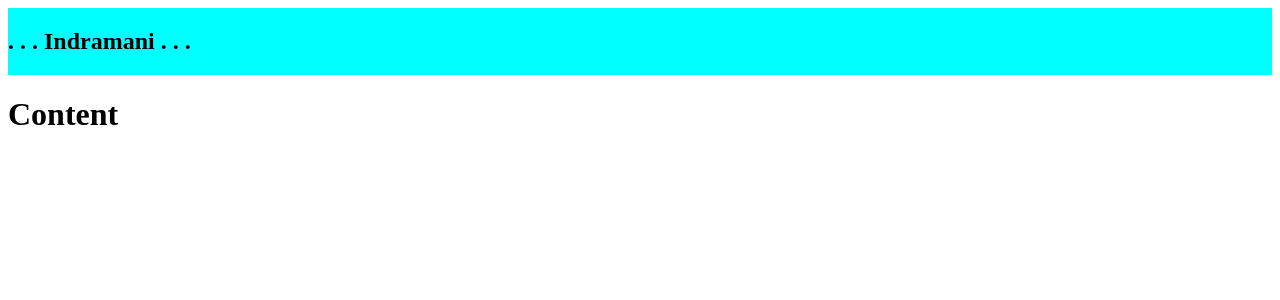
Repository: indramani7271/Indramani-First
Page: /
An editor plug-in stored every save of this project. The page is shown before and after the next save, followed by the edit.
The browser window is 1280 px wide. The pictures show the whole page.
The project was rebuilt for these pictures with package versions that can differ from the ones it lists, and the page was loaded fresh each time. Also part of the build but not shown: vite.config.js, src/index.css.

Above is the page before, as saved 2024-12-02 17:13:30.

### src/App.jsx
import Navbar from "./Component/Navbar";

function App() {


  return (
    <div>

<Navbar />

      <h1>Content</h1>
    </div>
  )


}


export default App;

### src/Component/Navbar.jsx
function Navbar() {
    return(
        <div style={{display:"flex" , backgroundColor:"aqua"}}>

<div>
<h2>. . . Indramani . . .</h2>
</div>

<div>

</div>

        </div>
    )

}

export default Navbar

Loaded but not shown: index.html (common file); src/main.jsx (common file)

After the next save:
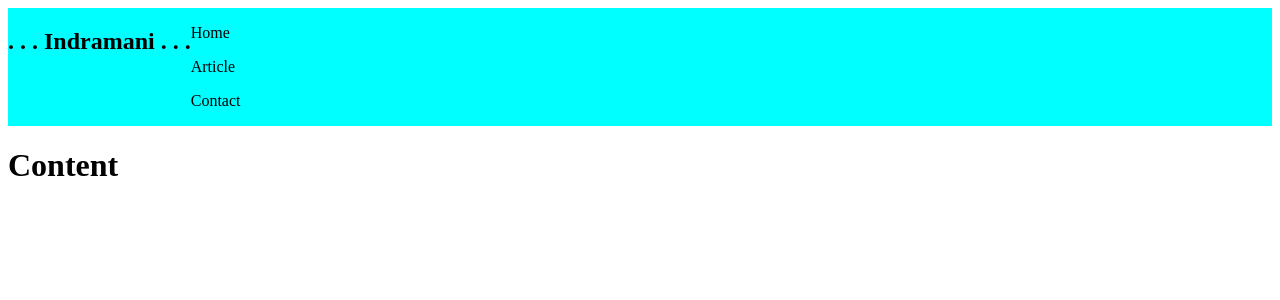
Saved 57 s later.
--- a/src/Component/Navbar.jsx
+++ b/src/Component/Navbar.jsx
@@ -7,6 +7,9 @@
 </div>
 
 <div>
+<p>Home</p>
+<p>Article</p>
+<p>Contact</p>
 
 </div>
 

After the save that followed:
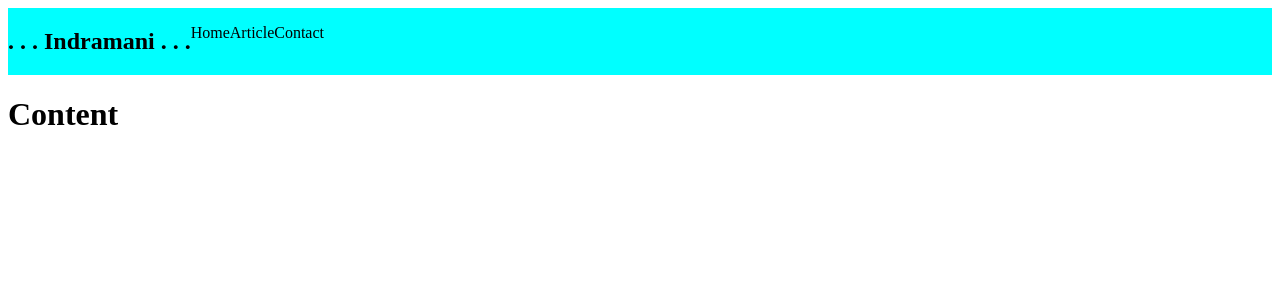
Saved 15 s later.
--- a/src/Component/Navbar.jsx
+++ b/src/Component/Navbar.jsx
@@ -6,7 +6,8 @@
 <h2>. . . Indramani . . .</h2>
 </div>
 
-<div>
+<div style={{display:"flex" , backgroundColor:"aqua"}}>
+
 <p>Home</p>
 <p>Article</p>
 <p>Contact</p>
